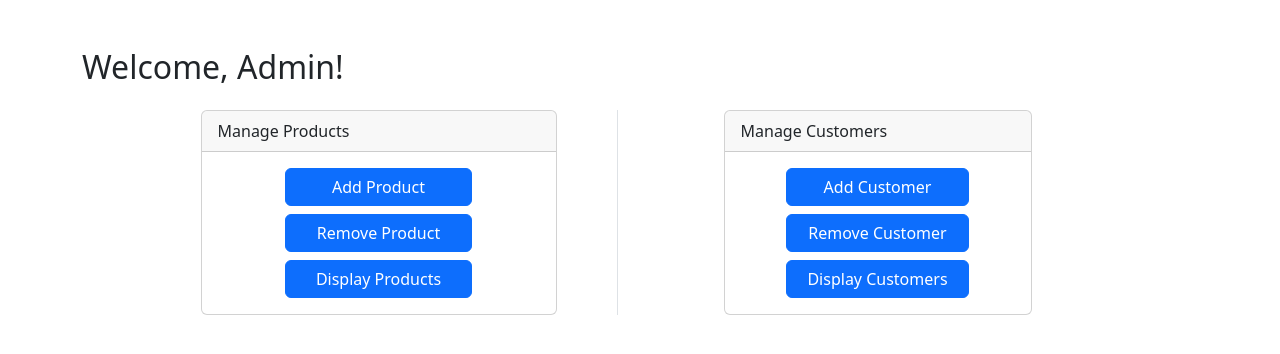
Repository: satvikagrasani/Layered-Architecture
Page: http://localhost/OnlineShoppingSystem/admindashboard.jsp
An editor plug-in stored every save of this project. The page is shown before and after the next save, followed by the edit.
The browser window is 1280 px wide. The pictures show the whole page.
The page is served by Tomcat 9.

Above is the page before, as saved 2023-09-04 16:57:33.

After the next save:
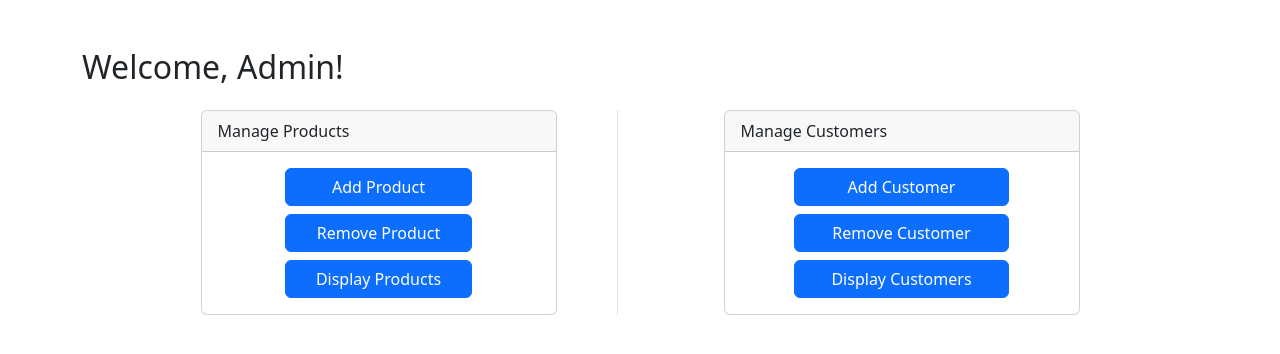
Saved 26 s later.
--- a/Layered Architecture/OnlineShoppingSystem/src/main/webapp/admindashboard.jsp
+++ b/Layered Architecture/OnlineShoppingSystem/src/main/webapp/admindashboard.jsp
@@ -139,7 +139,7 @@
 
 
             <div class="col-md-4 ">
-                <div class="card me-5">
+                <div class="card me-6">
                     <div class="card-header">Manage Customers</div>
                     <div class="card-body">
 
